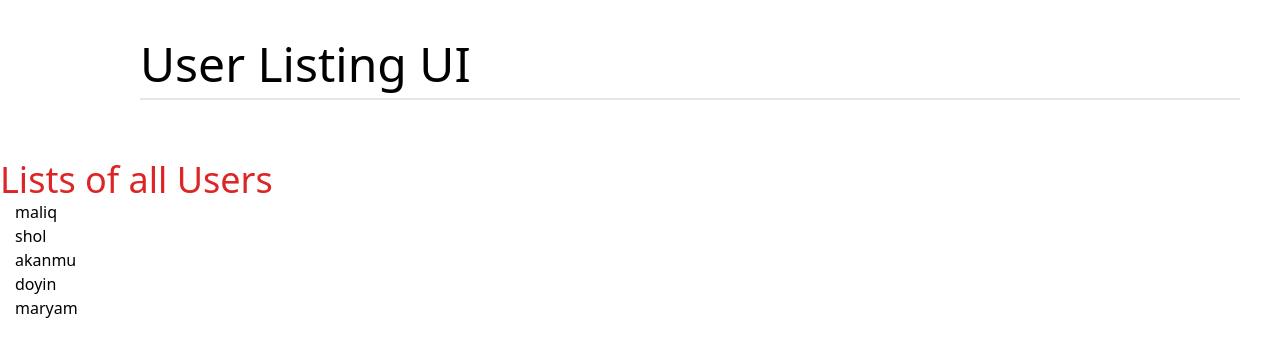
Repository: Marlstergo/listings
Page: / (app in client/)
These files come from the project's save history. The page is drawn as it stood at one moment and after the next save; the edit follows.
The browser window is 1280 px wide. The pictures show the whole page.
The project was rebuilt for these pictures with package versions that can differ from the ones it lists, and the page was loaded fresh each time. Also part of the build but not shown: client/craco.config.js, client/src/components/Loader.js, client/src/components/Order.js, client/src/components/Modal.js. Imported but missing from the stored project, and not drawn on this page: client/src/components/Base, client/src/components/Toppings.

Above is the page before, as saved 2021-07-20 23:35:40.

### client/src/index.js
/* eslint-disable no-unused-vars */
import React from "react";
import ReactDOM from "react-dom";
import "./index.css";
import App from "./App";
import reportWebVitals from "./reportWebVitals";
import { BrowserRouter } from "react-router-dom";
import { Provider } from "react-redux";
import { store } from "./redux/store";
import { PersistGate } from "redux-persist/integration/react";
import { persistor } from "./redux/store";

ReactDOM.render(
  <React.StrictMode>
    <Provider store={store}>
      <BrowserRouter>
        <PersistGate persistor={persistor}>
          <App />
        </PersistGate>
      </BrowserRouter>
    </Provider>
  </React.StrictMode>,
  document.getElementById("root")
);

// If you want to start measuring performance in your app, pass a function
// to log results (for example: reportWebVitals(console.log))
// or send to an analytics endpoint. Learn more: https://bit.ly/CRA-vitals
reportWebVitals();

### client/src/App.js
import React, { useState } from 'react';
import { Route, Switch, useLocation } from "react-router-dom";
import Header from './components/Header';
import Home from './components/Home';
import Base from './components/Base';
import Toppings from './components/Toppings';
import Order from './components/Order';
import Modal from './components/Modal';
import { AnimatePresence } from 'framer-motion';

function App() {
  const location = useLocation();
  const showModal = true;

  return (
    <>
      <Header />
      {/* <Modal showModal={showModal} /> */}
      <AnimatePresence exitBeforeEnter>
        <Switch location={location} key={location.key}>
          <Route path="/">
            <Home />
          </Route>
          <Route path="/createUpdateUser">
            <Toppings />
          </Route>
          <Route path="/order">
            <Order />
          </Route>
          <Route path="/">
            <Home />
          </Route>
        </Switch>
      </AnimatePresence>

    </>
  );
}

export default App;

### client/src/redux/store.js
import { createStore, applyMiddleware } from "redux";
import { logger } from 'redux-logger';
import {persistStore} from 'redux-persist';
// import thunk from 'redux-thunk'
import createSagaMiddleware from 'redux-saga'

import rootSaga from './root-sagas'

import rootReducer from './root-reducer';

const sagaMiddleware = createSagaMiddleware()

const middleware = [sagaMiddleware];

if( process.env.NODE_ENV === 'development'){
    middleware.push(logger)
}

export const store = createStore(rootReducer, applyMiddleware(...middleware))

sagaMiddleware.run(rootSaga)

export const persistor = persistStore(store)

export default (store, persistor);

### client/src/components/Header.js
import React from 'react';
import { motion } from 'framer-motion';

const svgVariants = {
  hidden: { rotate: -180 },
  visible: {
    rotate: 0,
    transition: { duration : 1 }
  },
}

const pathVariants = {
  hidden: {
    opacity: 0,
    pathLength: 0,
  },
  visible: {
    opacity: 1,
    pathLength: 1,
    transition: {
      duration: 2,
      ease: "easeInOut",
    }
  }
};


const Header = () => {
  return (
    <header className='flex p-[40px]  items-center'>
      <motion.div className="logo"
        drag
        dragConstraints={{ left: 0, top: 0, right: 0, bottom: 0 }}
        dragElastic={0.7}
      >
        <motion.svg className="w-[80px] overflow-visible" xmlns="http://www.w3.org/2000/svg" viewBox="0 0 100 100"
          variants={svgVariants}
          initial="hidden"
          animate="visible"
        >
          <motion.path
            fill="none"
            d="M40 40 L80 40 C80 40 80 80 40 80 C40 80 0 80 0 40 C0 40 0 0 40 0Z"
            variants={pathVariants}
          />
          <motion.path
            fill="none"
            d="M50 30 L50 -10 C50 -10 90 -10 90 30 Z"
            variants={pathVariants}
          />
        </motion.svg>
      </motion.div>
      <motion.div className=" flex-grow ml-[20px] text-xs"
        initial={{ y: -250}}
        animate={{ y: -10 }}
        transition={{ delay: 0.2, type: 'spring', stiffness: 120 }}
      >
        <h1 className="border-b-2 pb-[10px] text-5xl">User Listing UI</h1>
      </motion.div>
    </header>
  )
}

export default Header;

### client/src/components/Home.js
import React from "react";
import { Link } from "react-router-dom";
// import { motion } from "framer-motion";
import Loader from "./Loader";

const buttonVariants = {
  hover: {
    scale: 1.1,
    textShadow: "0px 0px 8px rgb(255,255,255)",
    boxShadow: "0px 0px 8px rgb(255,255,255)",
    transition: {
      duration: 0.3,
      yoyo: 5,
    },
  },
};

const containerVariants = {
  hidden: {
    opacity: 0,
  },
  visible: {
    opacity: 1,
    transition: { delay: 1.5, duration: 1.5 },
  },
  exit: {
    x: "-100vh",
    transition: { ease: "easeInOut" },
  },
};
const users = ["maliq", "shol", "akanmu", "doyin", "maryam"];
const Home = () => {
  return (
    // <motion.div
    //   className="bg-gray-600  pb-[10px] mb-[10px] border-b-2 border-gray-400 flex flex-col items-center"
    //   variants={containerVariants}
    //   initial="hidden"
    //   animate="visible"
    //   exit="exit"
    // >
      <div className="w-2/3 ">
        <h1 className="text-red-600 text-4xl">Lists of all Users</h1>
        <ul className="pl-[15px]">
          {users.map(
            (user , idx) => (
              <li key={idx}>{user}</li>
            )
          )}

        </ul>
        {/* <table className="min-w-full divide-y divide-gray-200">
          <thead>
            <tr>
              <th className="px-6 py-3 bg-gray-50 text-left text-xs font-medium text-gray-500 uppercase tracking-wider">
                Transaction
              </th>
              <th className="px-6 py-3 bg-gray-50 text-right text-xs font-medium text-gray-500 uppercase tracking-wider">
                Amount
              </th>
              <th className="hidden px-6 py-3 bg-gray-50 text-left text-xs font-medium text-gray-500 uppercase tracking-wider md:block">
                Status
              </th>
              <th className="px-6 py-3 bg-gray-50 text-right text-xs font-medium text-gray-500 uppercase tracking-wider">
                Date
              </th>
            </tr>
          </thead>
        </table> */}
      </div>
    // </motion.div>
  );
};

export default Home;

### client/src/redux/root-sagas.js
import {all, call} from 'redux-saga/effects'
import {userSagas} from './user/user.sagas'


export default function* rootSaga(){
    yield all([
        call(userSagas),
    ])
}

### client/src/redux/root-reducer.js
import {combineReducers} from 'redux'
import userReducer from './user/user.reducer'
// import cartReducer from './cart/cart.reducer'
import {persistReducer} from 'redux-persist'
import storage from 'redux-persist/lib/storage'
// import directoryReducer from './directory/directory.reducer'
// import shopReducer from './shop/shop.reducer'

const persistConfig ={
    key: 'root',
    storage,
    whitelist: ['' ]
}
const rootReducer = combineReducers({
    user: userReducer,

})
export default persistReducer(persistConfig, rootReducer)

### client/src/redux/user/user.sagas.js
import { all, call, put, takeLatest } from "redux-saga/effects";

import UserActionTypes from "./user.types";
import { loadUserDetail } from "./user.action";
// import axios from "axios";
// import { getUserDetailsURL } from "../../components/stringConstants";

export function* getDetails() {
  yield console.log("i fired");

  // try {
  //   console.log("inside try");

  //   const res = yield axios.get(getUserDetailsURL);
  //   const data = yield res.data;
  //   console.log(res);
  //   yield put(loadUserDetail(data ? data.data[0] : {}));
  // } catch (err) {
  //   console.log(err.response);
  //   if (err.response && err.response.statusText === "Not Found") {
  //     // console.log("");
  //     window.location.href = "/profile/settings?newUser=0837";
  //   }
  // }
}

export function* getUserDetails() {
  yield takeLatest(UserActionTypes.GET_USER_DETAIL, getDetails);
}
// export function* loadUserDetails(){
//     yield takeLatest(UserActionTypes.LOAD_USER_DETAIL, loadDetails)
// }

export function* userSagas() {
  yield all([call(getUserDetails)]);
}

### client/src/redux/user/user.reducer.js
import UserActionTypes from "./user.types";
const INITIAL_STATE = {
  // currentUser: null,
  userDetail: {},
  demo: 'i am demo',
  location: null

};
const userReducer = (state = INITIAL_STATE, action) => {
  switch (action.type) {

    case UserActionTypes.LOAD_USER_DETAIL:
      return {
        ...state,
        userDetail: action.payload,
      };

    case UserActionTypes.COLLECT_GEOLOCATION:
      return {
        ...state,
        location: action.payload
      }
    default:
      return state;
  }
};

export default userReducer;

### client/src/redux/user/user.types.js
const UserActionTypes ={
    GOOGLE_SIGN_IN_START : 'GOOGLE_SIGN_IN_START',
    SIGN_IN_SUCCESS : 'SIGN_IN_SUCCESS',
    SIGN_IN_FAILURE : 'SIGN_IN_FAILURE',
    GET_USER_DETAIL: 'GET_USER_DETAIL',
    LOAD_USER_DETAIL: 'LOAD_USER_DETAIL',
    COLLECT_GEOLOCATION: 'COLLECT_GEOLOCATION',
    FETCH_GEOLOCATION: 'FETCH_GEOLOCATION'
}
export default UserActionTypes;

### client/src/redux/user/user.action.js
import UserActionTypes from './user.types'



// export const googleSignInStart = () => ({
//     type: UserActionTypes.GOOGLE_SIGN_IN_START
// })

// export const signInSuccess = (user) => ({
//     type: UserActionTypes.SIGN_IN_SUCCESS,
//     payload: user
// })

export const getUserDetail = () => ({
    type: UserActionTypes.GET_USER_DETAIL,

})
export const loadUserDetail = (details) => ({
    type: UserActionTypes.LOAD_USER_DETAIL,
    payload: details
})

export const fetchGeoloction = () => ({
    type: UserActionTypes.FETCH_GEOLOCATION
})
export const collectGeolocation = (location) => ({
    type: UserActionTypes.COLLECT_GEOLOCATION,
    payload: location
})
// })

### client/tailwind.config.js
  // tailwind.config.js
  module.exports = {
    mode:'jit',
    purge: ['./src/**/*.{js,jsx,ts,tsx}', './public/index.html'],
     darkMode: false, // or 'media' or 'class'
     theme: {
       extend: {},
     },
     variants: {
       extend: {},
     },
     plugins: [],
   }

Loaded but not shown: client/public/index.html (common file); client/src/index.css (common file); client/src/reportWebVitals.js (common file)

After the next save:
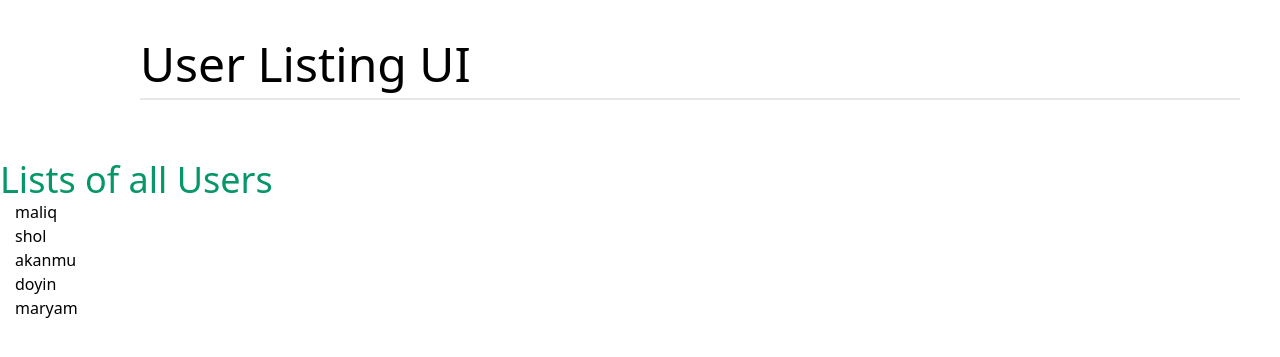
Saved 9 s later.
--- a/client/src/components/Home.js
+++ b/client/src/components/Home.js
@@ -39,7 +39,7 @@ const Home = () => {
     //   exit="exit"
     // >
       <div className="w-2/3 ">
-        <h1 className="text-red-600 text-4xl">Lists of all Users</h1>
+        <h1 className="text-green-600 text-4xl">Lists of all Users</h1>
         <ul className="pl-[15px]">
           {users.map(
             (user , idx) => (
